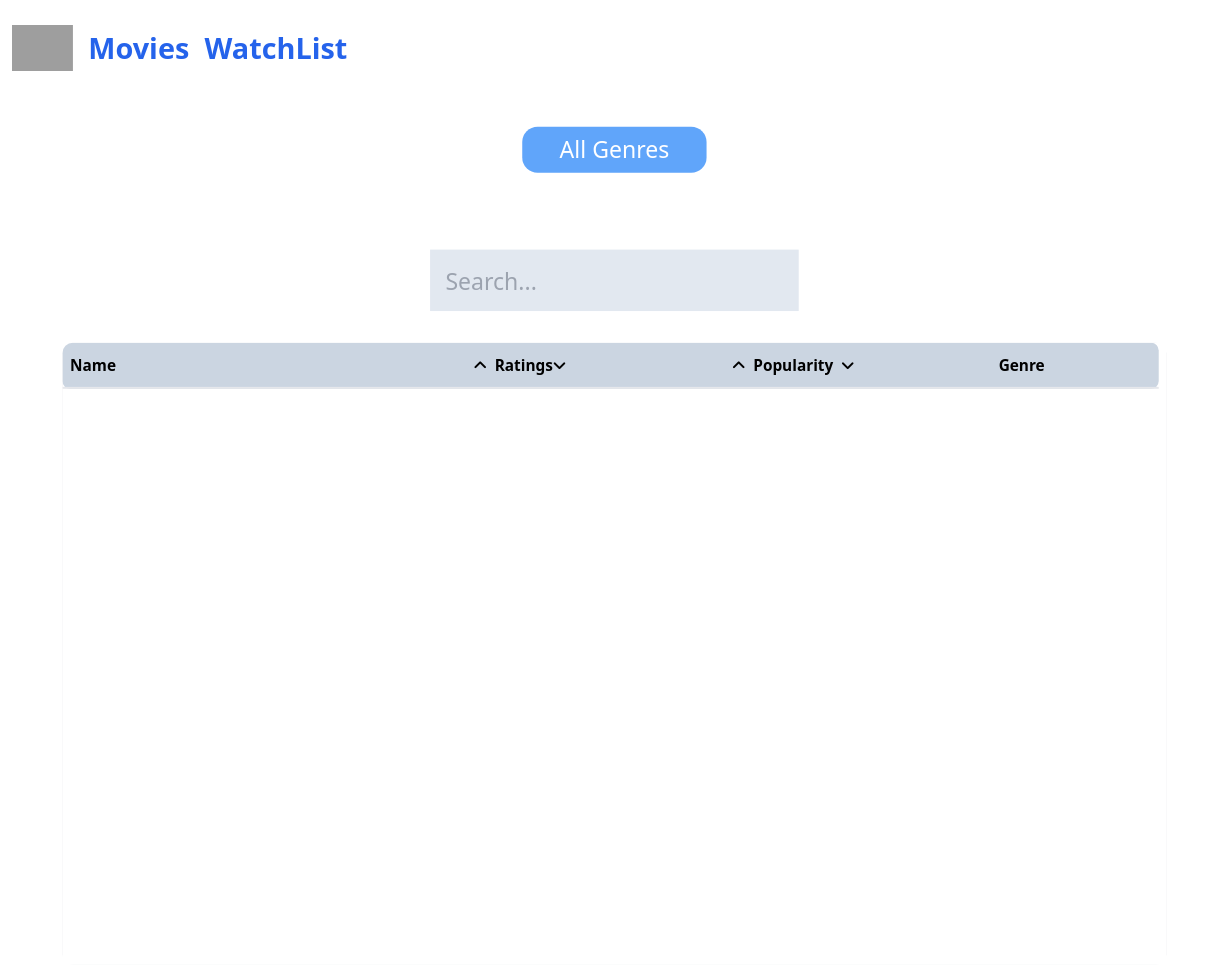
Repository: Aakash20bhatt/LearnReact
Page: /watchlist (app in moviesApp/)
These files come from the project's save history. The page is drawn as it stood at one moment and after the next save; the edit follows.
The browser window is 1280 px wide. The pictures show the whole page, at 96% of full size.
Pictures or frames that could not be fetched are drawn as grey boxes. Some web libraries are served in a nearby version. The project was rebuilt for these pictures with package versions that can differ from the ones it lists, and the page was loaded fresh each time. Also part of the build but not shown: moviesApp/vite.config.js, moviesApp/src/App.css, moviesApp/src/Components/Banner.jsx, moviesApp/src/Components/MovieCard.jsx, moviesApp/src/Components/Pagination.jsx, moviesApp/src/redux/movieMiddleware.js, moviesApp/src/Components/Movies.jsx, moviesApp/src/Components/MovieDetails.jsx.

Above is the page before, as saved 2024-08-25 14:14:13.

After the next save:
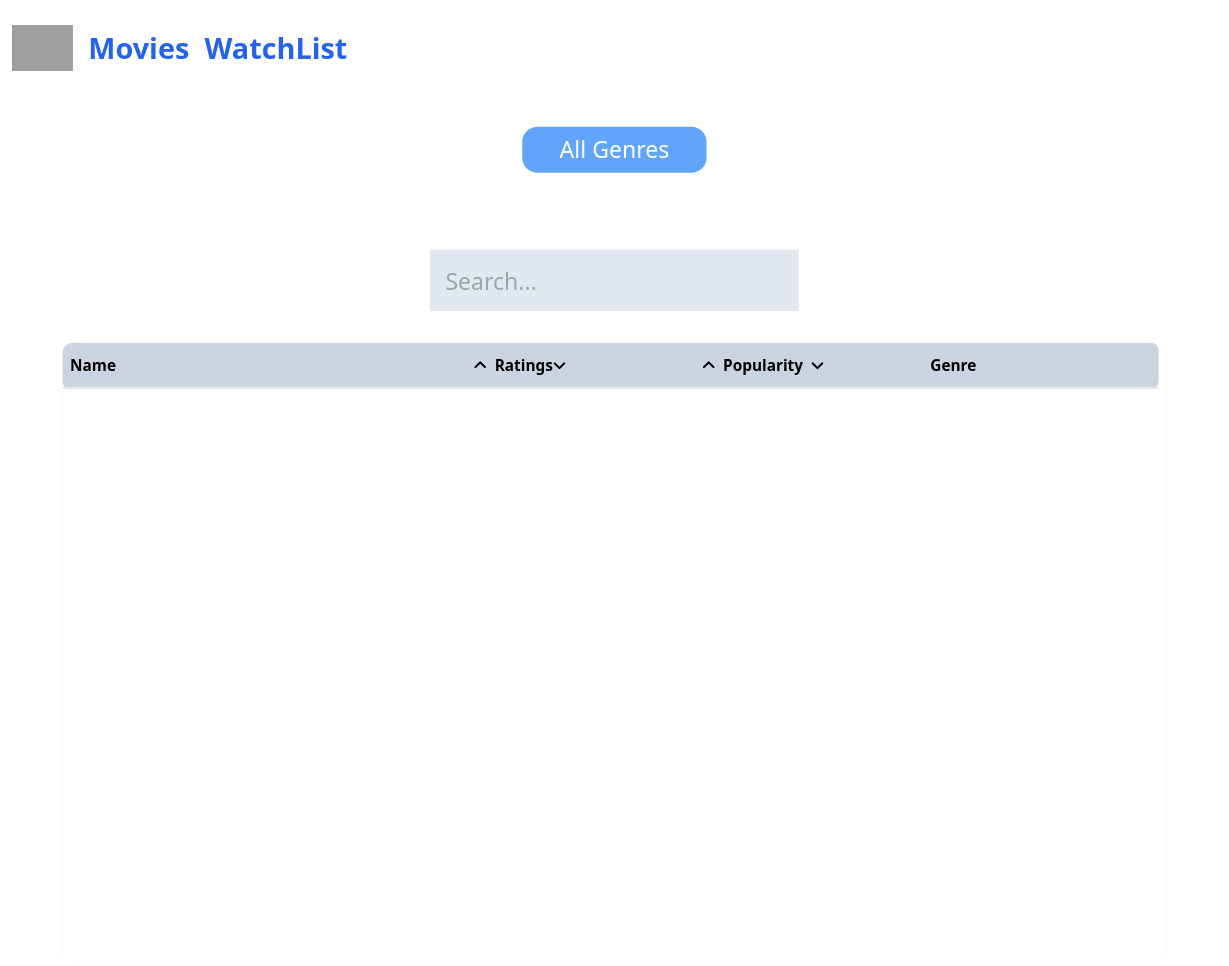
Saved 23 s later.
--- a/moviesApp/src/Components/Watchlist.jsx
+++ b/moviesApp/src/Components/Watchlist.jsx
@@ -104,12 +104,12 @@ export default function Watchlist() {
                             Ratings
                             <i onClick={() => sortDescending('vote_average')} className="cursor-pointer fa-solid fa-angle-down mr-2"></i>
                         </tr>
-                        <tr className="column w-1/6 text-center">
+                        <tr className="column w-1/6">
                             <i onClick={() => sortAscending('popularity')} className="cursor-pointer fa-solid fa-angle-up mr-2"></i>
                             Popularity
                             <i onClick={() => sortDescending('popularity')} className="cursor-pointer fa-solid fa-angle-down ml-2"></i>
                         </tr>
-                        <tr className="column w-1/6 text-center">Genre</tr>
+                        <tr className="column w-1/6">Genre</tr>
                         <tr className="column"></tr>
                     </th>
                 </thead>
